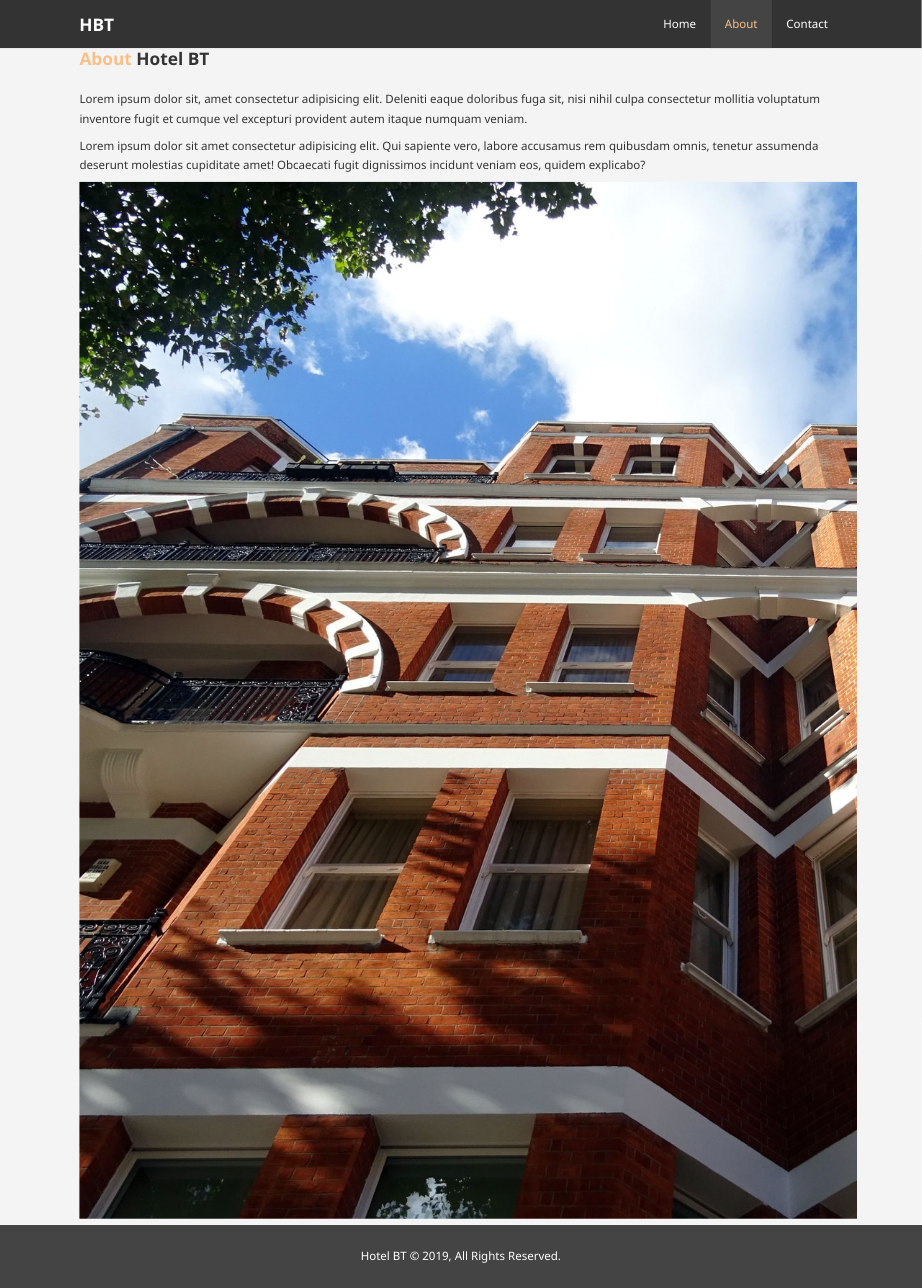
Repository: minhtien9/hotel-website
Page: about.html
These files come from the project's save history. The page is drawn as it stood at one moment and after the next save; the edit follows.
The browser window is 1280 px wide. The pictures show the whole page, at 72% of full size.

Above is the page before, as saved 2021-08-14 18:13:27.

After the next save:
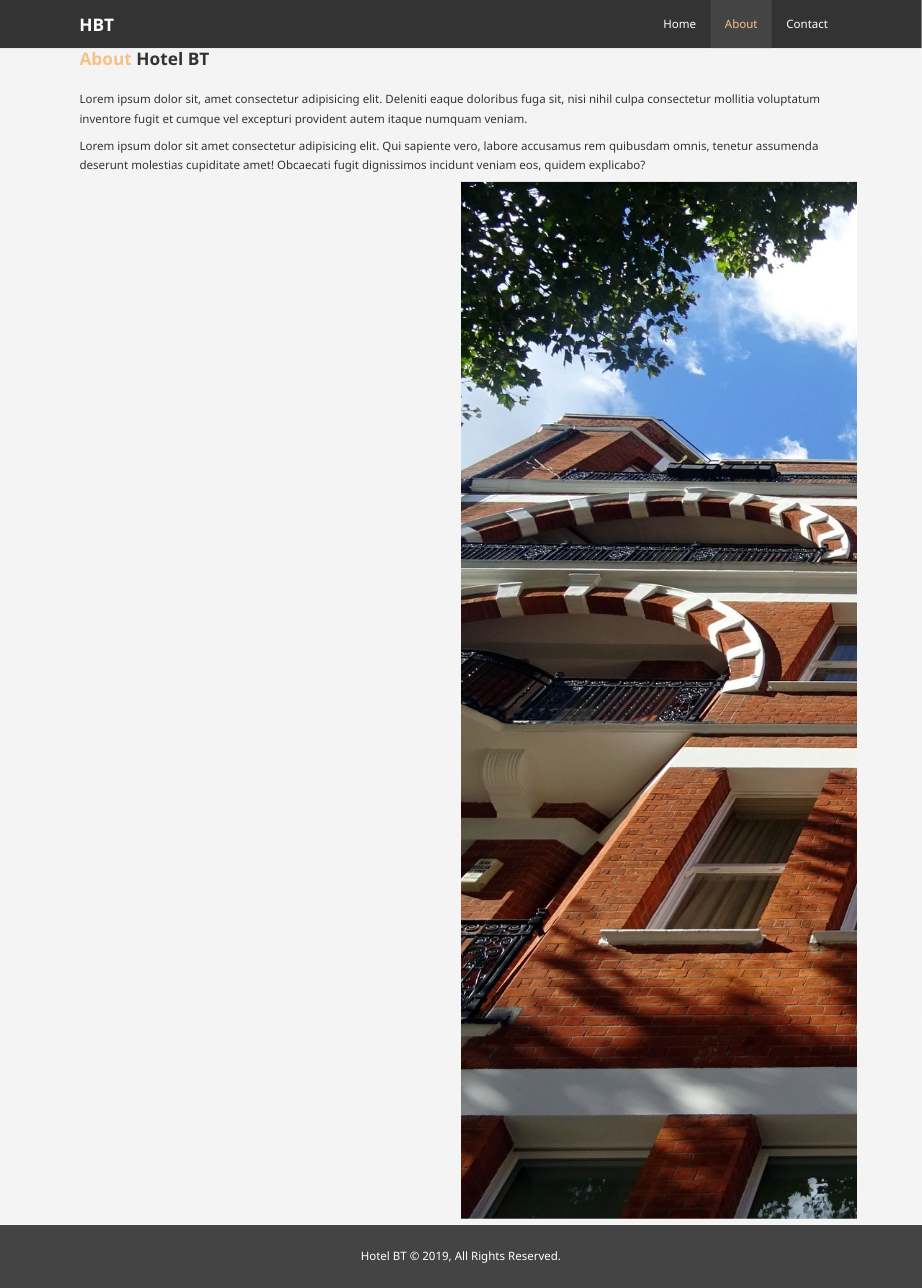
Saved 17 s later.
--- a/css/style.css
+++ b/css/style.css
@@ -194,7 +194,11 @@ p {
 
 /* About */
 
-#about-info .info-right {}
+#about-info .info-right {
+    float: right;
+    width: 50%;
+    min-height: 100%;
+}
 
 
 /* Footer */
